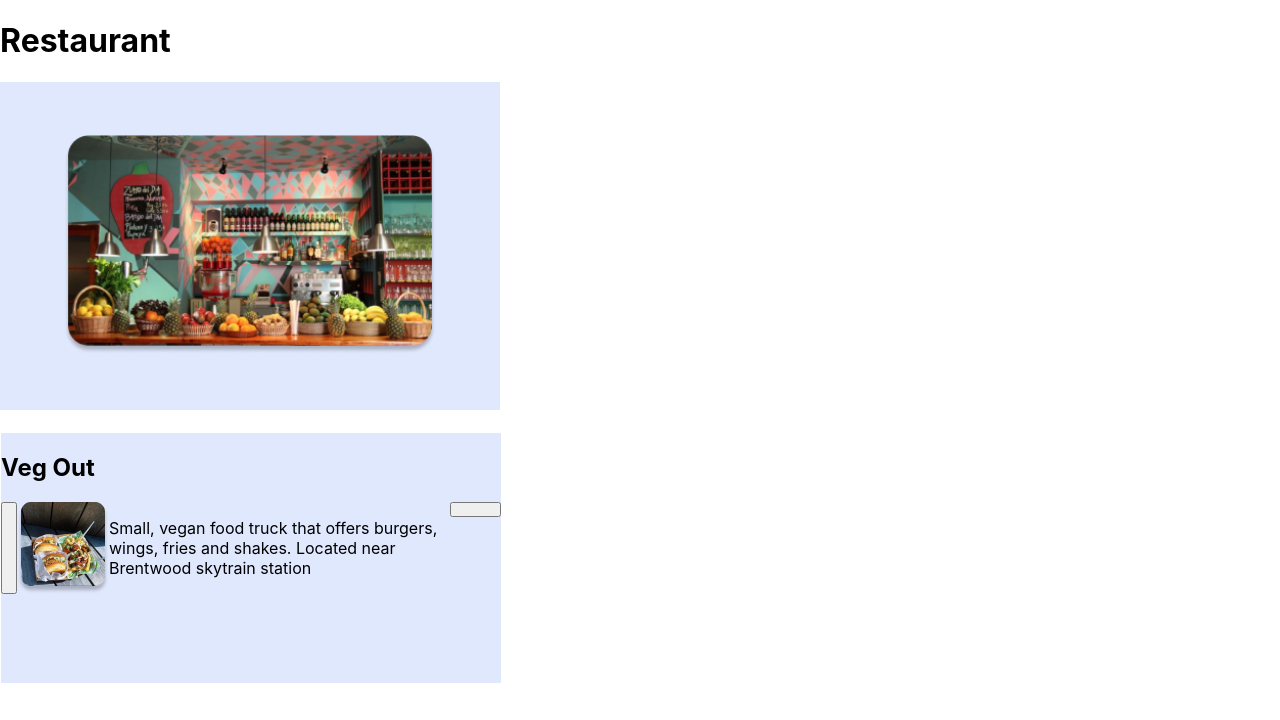
Repository: Kinakopan/design_mindfulEating_site
Page: /restaurant (app in firstapp/)
An editor plug-in stored every save of this project. The page is shown before and after the next save, followed by the edit.
The browser window is 1280 px wide. The pictures show the whole page.
The project was rebuilt for these pictures with package versions that can differ from the ones it lists, and the page was loaded fresh each time. The framework's server and built-in components were replaced by stand-ins that run in the browser. Also part of the build but not shown: firstapp/next.config.js.

Above is the page before, as saved 2022-04-20 16:13:29.

### firstapp/pages/restaurant.js
import ImgCard from "../comps/ImgCard";
import RestaurantCard from "../comps/RestaurantCard";
import ReCont from "../comps/RestaurantCard";
import ReImg from "../comps/RestaurantCard";
import Starts from "../comps/RestaurantCard";


export default function Restaurant(){

    return (
    <div>
        <h1>Restaurant</h1>

        <ImgCard
        img="/restaurant.png"
        bg="#E0E8FD"/>


    <main>
        <RestaurantCard>
        </RestaurantCard>



    </main>
    </div>

    )
}

### firstapp/comps/ImgCard.js
import { Children } from 'react';
import styled from 'styled-components';

const CardCont = styled.div`
    background-color: ${props=>props.cl};
    color: ${props=>props.text_cl};
    min-width: 375px;
    max-width: 500px;
    padding: 1em 3em 1em 3em;
    border-radius: ${props=>props.border_radius}
`;

const DispImage = styled.img`
    width: 100%;
    padding: 1em;
`;

const List = styled.div`
    text-align: right;
`;

export default function ImgCard({
    img="/food1.png",
    bg="#E0E8FD",
    tcl="#08213E",
    title="",
    txt="",
    bor="",
    n1,n2,n3,n4="",
    Children=null

}){

    return <CardCont cl={bg} text_cl={tcl} border_radius={bor}>
        <h1>{title}</h1>
        <DispImage src={img}/>
        <List>
            <h2>{n1}</h2>
            <h2>{n2}</h2>
            <h2>{n3}</h2>
            <h2>{n4}</h2>
        </List>
        <p>{txt}</p>
        {Children}

    </CardCont>
}

### firstapp/comps/RestaurantCard.js

import styled from 'styled-components';


const ReCont = styled.div`
background-color:${props=>props.cl};
width:500px;
align-items: center;
position: absolute;
height: 250px;
left: 1px;
top: 433px;
`
;

const ReImg = styled.img`
width:100px;
padding: 1 1 auto auto;
`;

const Text = styled.p`
top:20px;

`
;

const Starts = styled.button `
width:100px;
height:15px;
left:500px;
`

const ResItem = styled.div`
    display: flex;
`
;

const Title = styled.h2`

`
;


export default function RestaurantCard({
    img="/veg out.png",
    bg="#E0E8FD",
    h2="Veg Out",
    txt="Small, vegan food truck that offers burgers, wings, fries and shakes. Located near Brentwood skytrain station",


}){

    return <ReCont
    cl={bg} txt={txt}>
    <Title>{h2}</Title>

    <ResItem>
    <button img="/start rating.png"></button>
        <ReImg src={img}></ReImg>
        <Text>{txt}</Text>
        <Starts img="/start rating.png"></Starts>

    </ResItem>
    </ReCont>
}


//export default function RestaurantCard(){
    //return(
   //     <img src="/veg out.png" />
   // )

//}

Loaded but not shown: firstapp/pages/_app.js (common file); firstapp/styles/globals.css (common file)

After the next save:
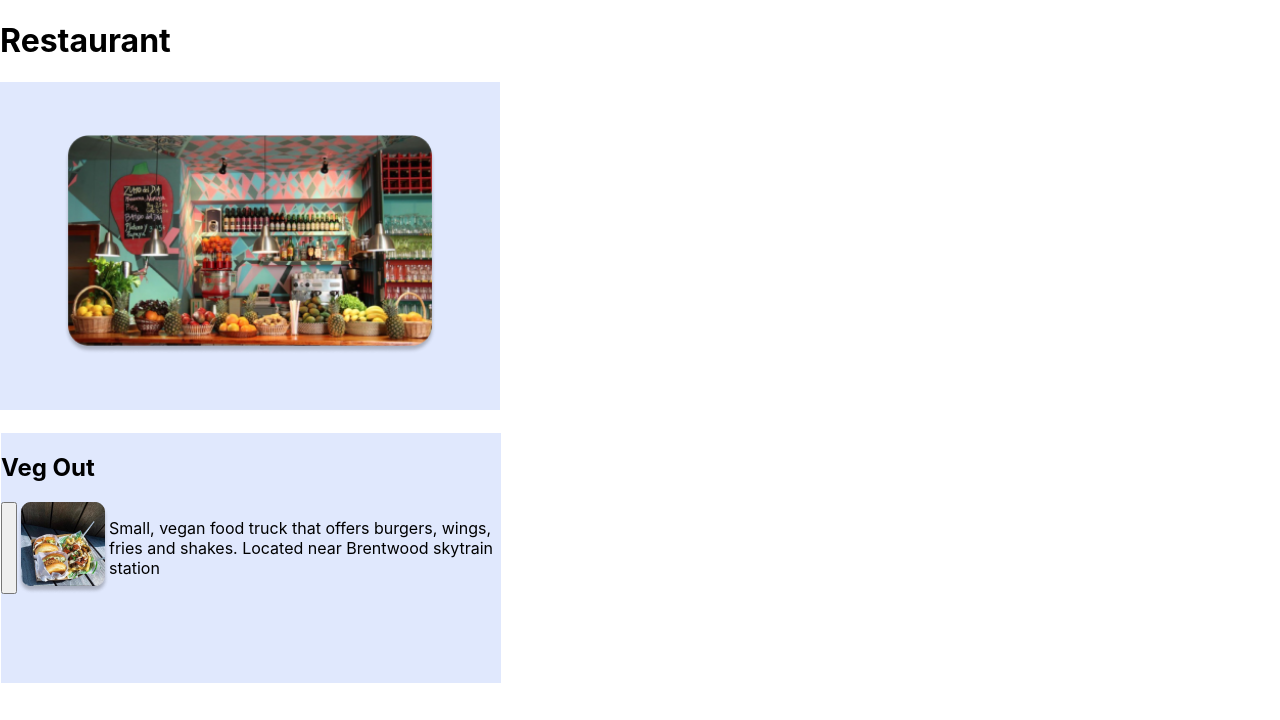
Saved 10 s later.
--- a/firstapp/comps/RestaurantCard.js
+++ b/firstapp/comps/RestaurantCard.js
@@ -58,7 +58,7 @@ export default function RestaurantCard({
     <button img="/start rating.png"></button>
         <ReImg src={img}></ReImg>
         <Text>{txt}</Text>
-        <Starts img="/start rating.png"></Starts>
+
 
     </ResItem>
     </ReCont>
